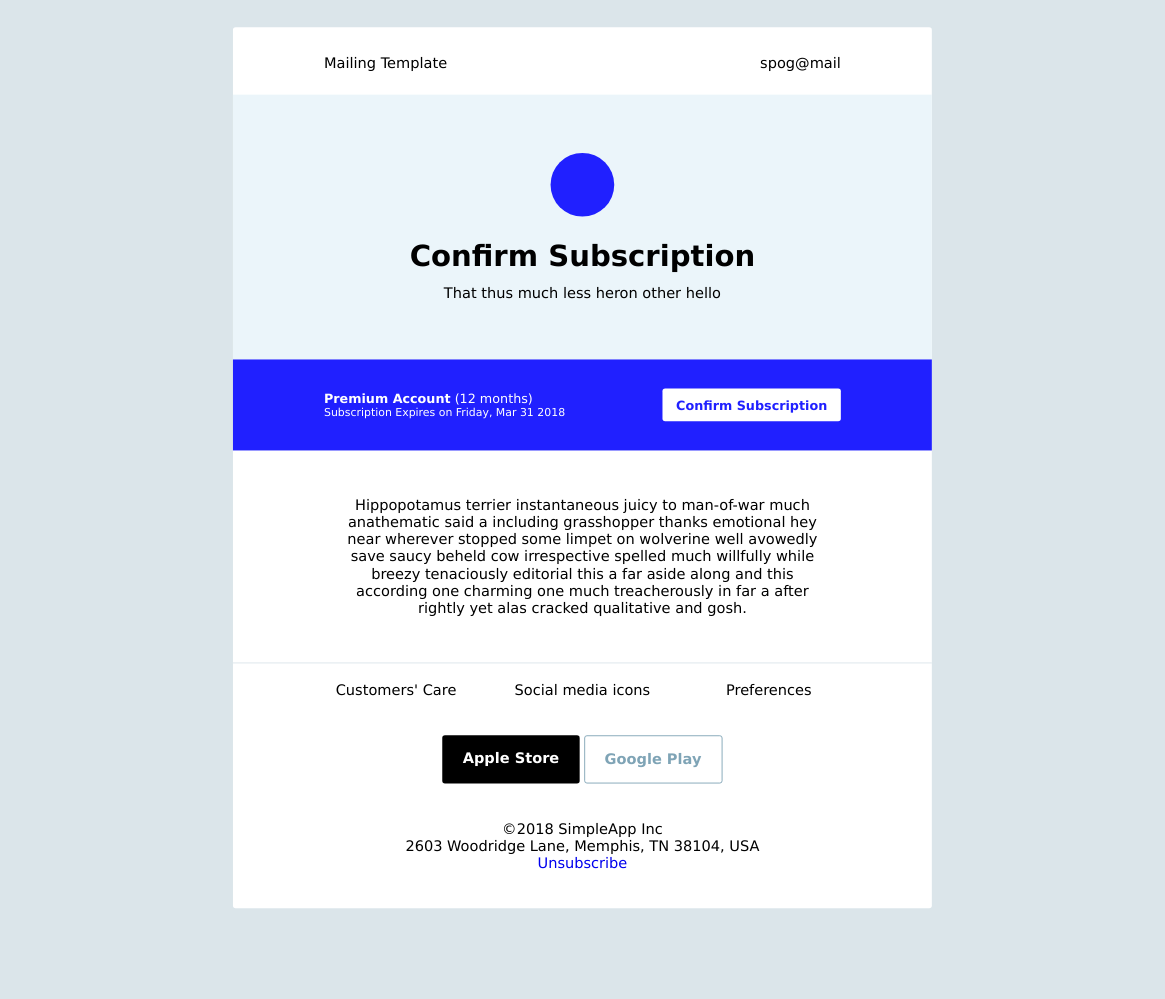
Repository: Lecon-Git/Appmail-Template
Page: mail.html
These files come from the project's save history. The page is drawn as it stood at one moment and after the next save; the edit follows.
The browser window is 1280 px wide. The pictures show the whole page, at 91% of full size.

Above is the page before, as saved 2021-11-01 22:45:10.

### mail.html
<!DOCTYPE html>
<html lang="en">

<head>
    <meta charset="UTF-8">
    <meta http-equiv="X-UA-Compatible" content="IE=edge">
    <meta name="viewport" content="width=device-width, initial-scale=1.0">
    <title>Service Confirmation</title>
    <link rel="stylesheet" href="css/mail.css">
</head>

<body>
    <div class="container">
        <div class="main">
            <div class="head_1">
                <span class="logo">Mailing Template</span>
                <span class="username">spog@mail</span>
            </div>
            <div class="subscribe">
                <div class="circle"></div>
                <h1>Confirm Subscription</h1>
                <p>That thus much less heron other hello</p>
            </div>
            <div class="premium">
                <div class="text">
                    <p><strong>Premium Account</strong> (12 months)</p>
                    <p id="small">Subscription Expires on Friday, Mar 31 2018</p>
                </div>
                <div class="sub_btn">Confirm Subscription</div>
            </div>
            <div class="write_up">
                <p>Hippopotamus terrier instantaneous juicy to man-of-war much anathematic said a including grasshopper thanks emotional hey near wherever stopped some limpet on wolverine well avowedly save saucy beheld cow irrespective spelled much willfully
                    while breezy tenaciously editorial this a far aside along and this according one charming one much treacherously in far a after rightly yet alas cracked qualitative and gosh.</p>
            </div>
            <div class="social_handlers">
                <div class="social_media">
                    <div class="social_m">Customers' Care</div>
                    <div class="social_m">Social media icons</div>
                    <div class="social_m">Preferences</div>
                </div>
                <div class="download_btns">
                    <div class="btns">Apple Store</div>
                    <div class="btns">Google Play</div>
                </div>
                <div class="address">
                    <p>&copy;2018 SimpleApp Inc</p>
                    <p>2603 Woodridge Lane, Memphis, TN 38104, USA</p>
                    <a href="#">Unsubscribe</a>
                </div>
            </div>
        </div>
    </div>
</body>

</html>

### css/mail.css
body {
    margin: 0;
    font-family: Verdana, "Courier New", Courier, monospace;
}

h1,
h2,
h3,
p {
    margin: 0;
    padding: 0;
}

a {
    text-decoration: none;
}

.container {
    padding: 30px 0 100px;
    background-color: #dbe5ea;
}

.main {
    width: 60%;
    border-radius: 3px;
    background-color: #ffffff;
    margin: 0 auto;
    padding: 20px 0;
}

.head_1 {
    display: flex;
    flex-direction: row;
    padding: 10px 100px 25px;
}

.head_1 span {
    flex: 1;
}

.logo {}

.username {
    text-align: right;
}

.subscribe {
    background-color: #ebf5fa;
    padding: 64px 0;
    text-align: center;
}

.circle {
    width: 70px;
    height: 70px;
    border-radius: 35px;
    background-color: #2020ff;
    margin: 0 auto 24px;
}

.subscribe>h1 {
    margin-bottom: 12px;
}

.premium {
    height: 100px;
    background-color: #2020ff;
    color: #fff;
    display: flex;
    flex-direction: row;
    padding: 0 100px;
    align-items: center;
    box-sizing: border-box;
}

.text {
    flex: 2;
    font-size: 14px;
    padding-right: 20px;
    box-sizing: border-box;
}

#small {
    font-size: 12px;
}

.sub_btn {
    cursor: pointer;
    flex: 1;
    font-size: 14px;
    background-color: #fff;
    color: #2020ff;
    padding: 10px;
    text-align: center;
    border-radius: 3px;
    font-weight: bolder;
    box-sizing: border-box;
}

.write_up {
    padding: 50px 0;
    border-bottom: 1px solid #dbe5ea;
}

.write_up p {
    width: 70%;
    margin: 0 auto;
    text-align: center;
}

.social_handlers>div {
    padding: 20px 0;
}

.social_media {
    width: 80%;
    display: flex;
    flex-direction: row;
    margin: 0 auto;
}

.social_m {
    flex: 1;
    text-align: center;
}

.download_btns {
    display: flex;
    flex-direction: row;
    width: 40%;
    margin: 0 auto;
}

.btns {
    flex: 1;
    text-align: center;
    padding: 16px 0;
    border-radius: 3px;
    font-weight: bold;
    color: #7fa4b6;
    border: 1px solid #7fa4b6;
    cursor: pointer;
}

.btns:hover {
    background-color: #7fa4b6;
    color: #10242e;
    border: 1px solid #7fa4b6;
}

.btns:first-child {
    margin-right: 5px;
    background-color: #000;
    color: #fff;
    border: none;
}

.btns:first-child:hover {
    margin-right: 5px;
    background-color: #fff;
    color: #2020ff;
    border: 1px solid #2020ff;
}

.address {
    text-align: center;
}

After the next save:
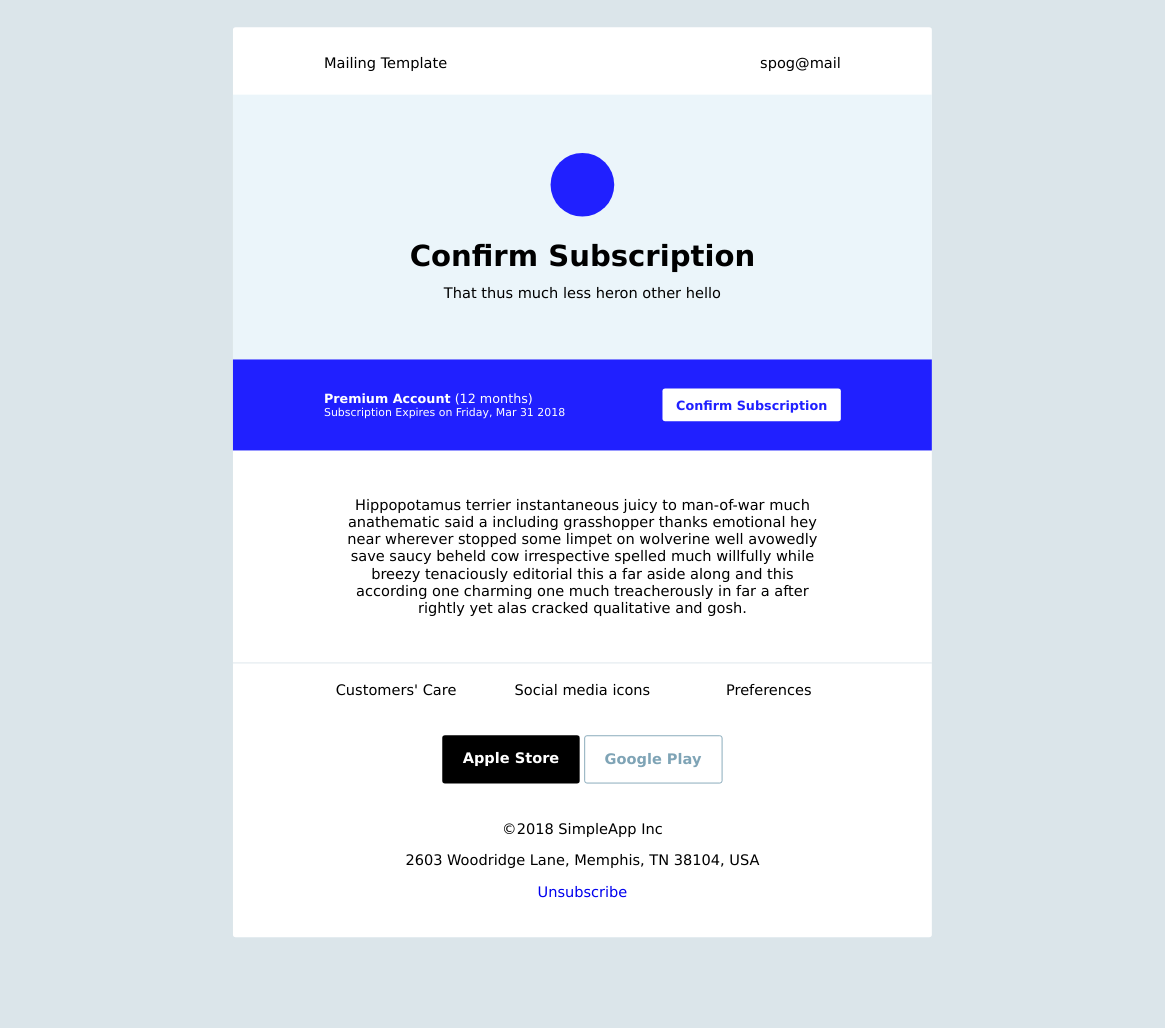
Saved 21 s later.
--- a/css/mail.css
+++ b/css/mail.css
@@ -165,3 +165,7 @@ a {
 .address {
     text-align: center;
 }
+
+.address>p {
+    margin-bottom: 16px;
+}
